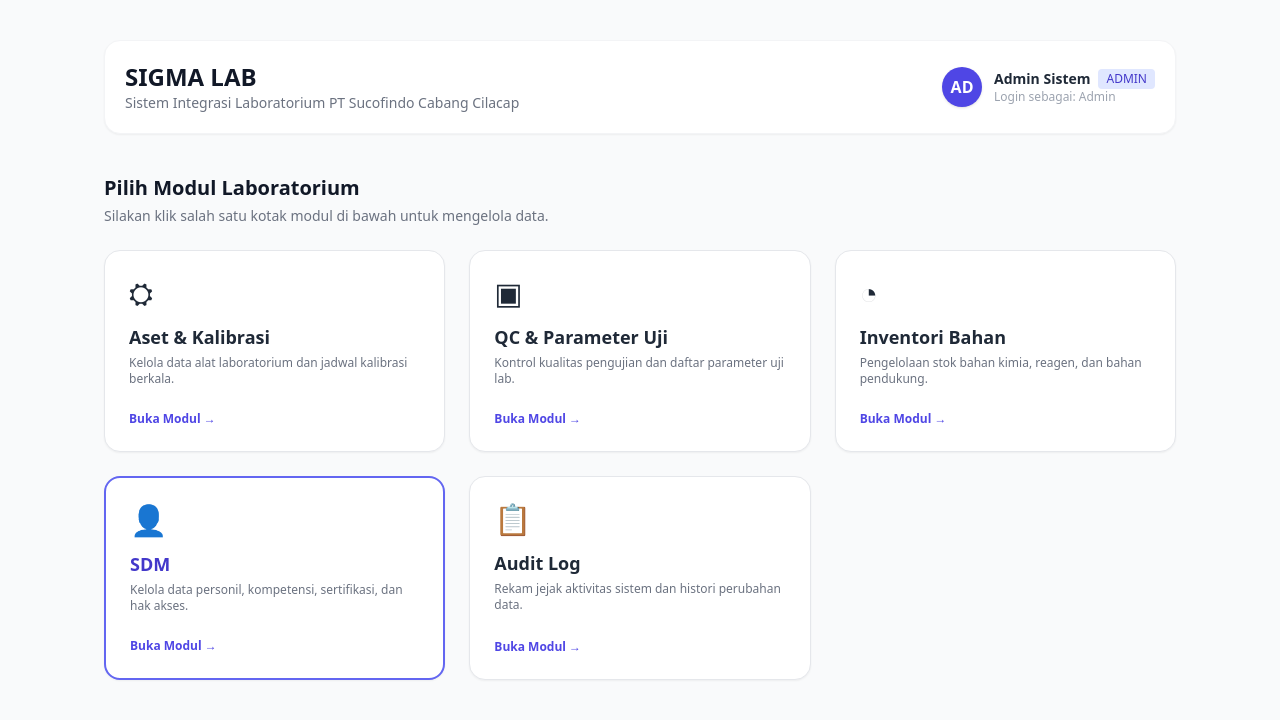
Repository: amelianeesa/sigmalab
Page: http://localhost/dashboard
The author's editor kept a copy of each file at every save. The page is drawn from the files as they stood at one save, then again after the next save.
The browser window is 1280 px wide. The pictures show the whole page.
Some web libraries are served in a nearby version. The page is served by the project's Laravel application, run on PHP 8.4 with Laravel 12. A made-up administrator, Test User (test@example.com), is signed in.

Above is the page before, as saved 2026-08-06 11:14:06.

After the next save:
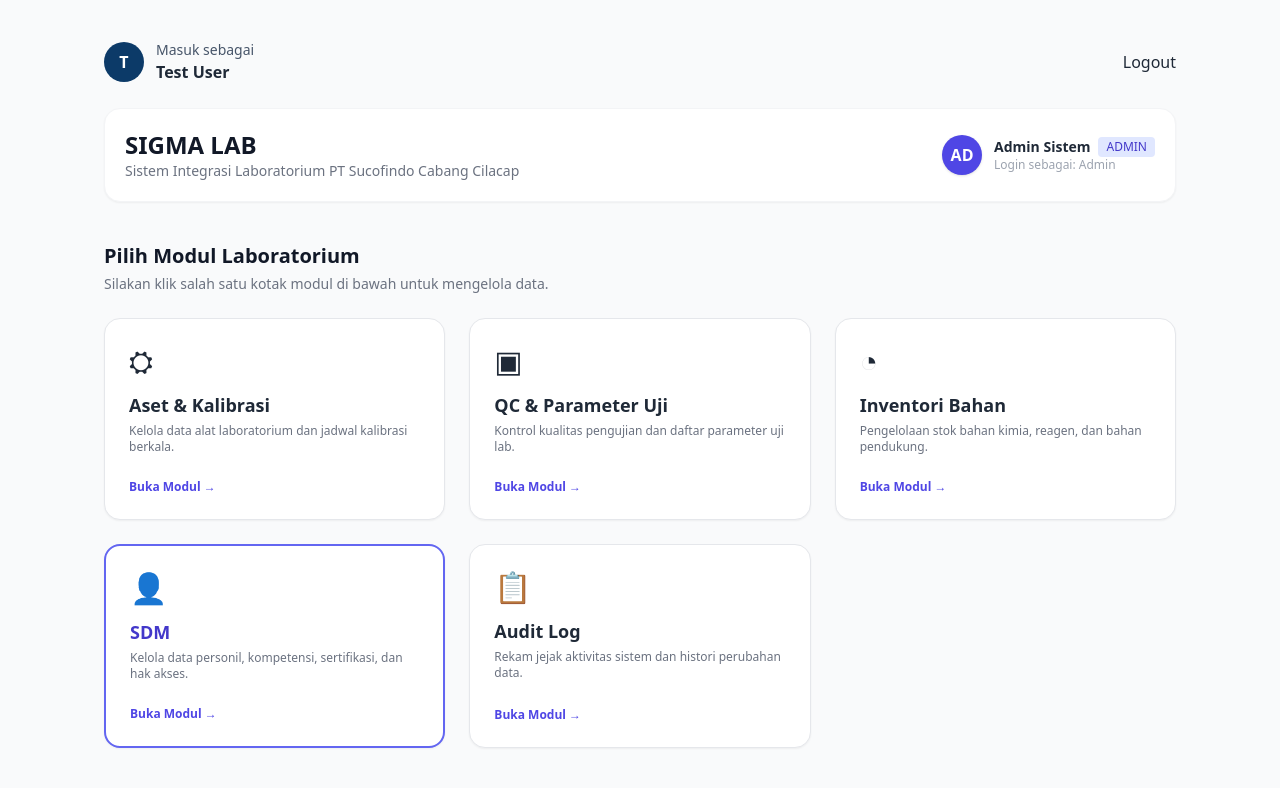
Saved 2 min 8 s later.
--- a/resources/views/dashboard-index.blade.php
+++ b/resources/views/dashboard-index.blade.php
@@ -39,6 +39,21 @@
 
     <!-- Container Utama -->
     <div class="min-h-screen p-6 lg:p-10 max-w-6xl mx-auto">
+        <header class="flex items-center justify-between mb-6">
+            <div class="flex items-center gap-3">
+                <div class="w-10 h-10 rounded-full sdm-avatar flex items-center justify-center text-white font-bold">{{ strtoupper(substr(Auth::user()->name ?? 'U',0,1)) }}</div>
+                <div>
+                    <div class="text-sm text-slate-600">Masuk sebagai</div>
+                    <div class="text-base font-semibold">{{ Auth::user()->name ?? 'Pengguna' }}</div>
+                </div>
+            </div>
+            <div>
+                <form method="POST" action="{{ route('logout') }}">
+                    @csrf
+                    <button type="submit" class="btn btn-outline-secondary btn-sm">Logout</button>
+                </form>
+            </div>
+        </header>
 
         <!-- Header Sederhana -->
         <header class="flex justify-between items-center mb-10 bg-white p-5 rounded-2xl shadow-sm border border-gray-100">
